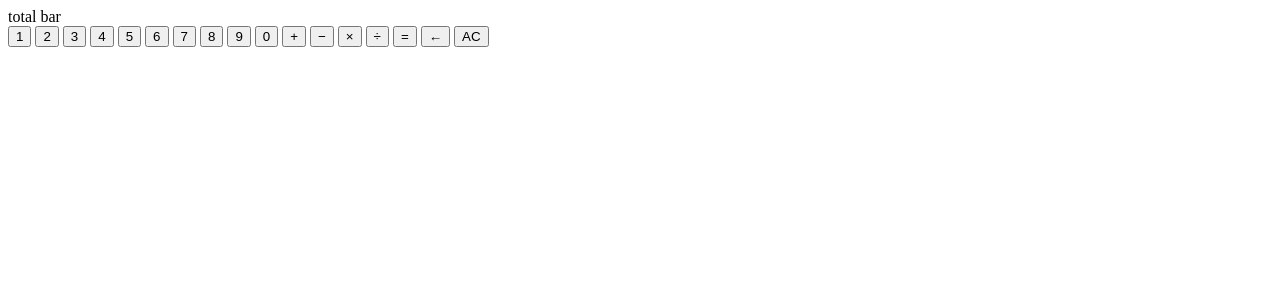
Repository: KaylaDamons/LAB-calculator
Page: index.html
The author's editor kept a copy of each file at every save. The page is drawn from the files as they stood at one save, then again after the next save.
The browser window is 1280 px wide. The pictures show the whole page.

Above is the page before, as saved 2024-01-13 13:42:03.

After the next save:
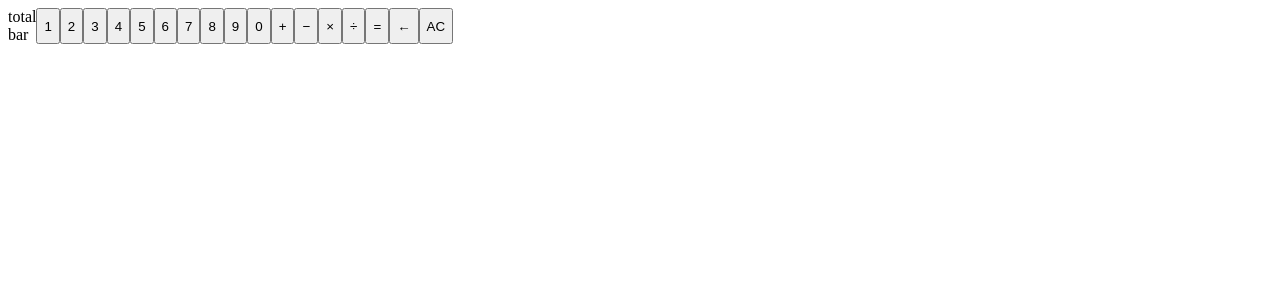
Saved 3 h 34 min later.
--- a/main.css
+++ b/main.css
@@ -2,5 +2,6 @@
 }
 
 .wrapper {
-
+  display: flex;
+  width: 400px;
 }
